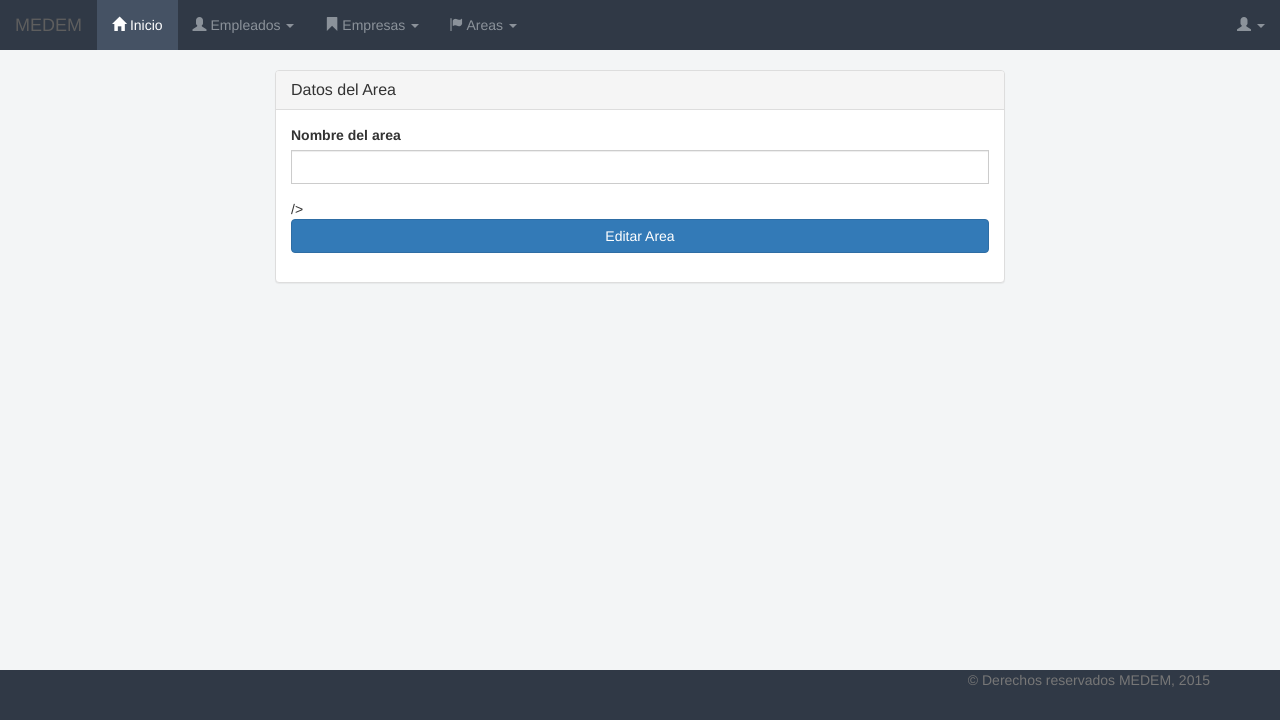
Repository: armandolew/cmhcorp
Page: http://localhost/medem/WEB-INF/pages/editArea.jsp
An editor plug-in stored every save of this project. The page is shown before and after the next save, followed by the edit.
The browser window is 1280 px wide. The pictures show the whole page.
Some web libraries are served in a nearby version. The page is served by Tomcat 9. Nobody is signed in. Other server files are loaded and not shown. The template is opened directly, without the code that normally fills it, so the values that code supplies are empty.

Above is the page before, as saved 2015-05-25 02:49:33.

### medem/medem/src/main/webapp/WEB-INF/pages/editArea.jsp
 <%@page session="true"%>
<%@taglib uri="http://www.springframework.org/tags/form" prefix="form"%>
<%@ taglib uri="http://www.springframework.org/tags" prefix="spring" %>
<%@taglib uri="http://java.sun.com/jsp/jstl/core" prefix="c"%>
<!DOCTYPE>
<html>
    <head>
      <meta charset="utf=8">
      <meta name="viewport" content="width=device-width, initial-scale=1.0">
      <script src="https://ajax.googleapis.com/ajax/libs/jquery/1.11.2/jquery.min.js"></script>
      <link href="/medem/bootstrap/bootstrap-3.3.2-dist/css/bootstrap.min.css" rel="stylesheet">
      <link href="/medem/css/general_layout_override.css" rel="stylesheet">
      <link href="/medem/css/custom.css" rel="stylesheet">
      <script src="/medem/bootstrap/bootstrap-3.3.2-dist/js/bootstrap.min.js"></script>
      <script src="/medem/js/main_functions.js"></script>
      <title>MEDEM :: Editar Area</title>
    </head>

	<body id="newArea">


		   <jsp:include page="layouts/navigation_layout.jsp"></jsp:include>


	       <div class="container">
			  <div class="col-md-12">
			    <div class="row">
					<div class="col-md-8 col-md-offset-2">
					  <div class="panel panel-default">
					    <div class="panel-heading">
                		  <h3 class="panel-title">Datos del Area</h3>
              			</div><!-- .panel-heading -->
              			<div class="panel-body">
		                 <form:form action="/medem/updateArea" method="POST" modelAttribute="Area">
		                    <div class="form-group">
		                      <form:label path="name">Nombre del area</form:label>
		                      <form:input path="name" class="form-control" />
		                    </div><!--. form-group input-group -->
/>
		                    <input type="submit" class="btn btn-block btn-primary" tabindex="6" value="Editar Area">
		                  </form:form><!-- .form -->
              			</div><!-- .panel-body -->
					  </div><!-- .panel panel-default -->
					</div><!-- .col-md-8 col-md-offset-2 -->
			    </div><!-- .row -->
			  </div><!-- .col-md-12 -->
		   </div><!-- .container -->

		   <jsp:include page="layouts/footer_layout.jsp"></jsp:include>

	</body>
</html>

### medem/medem/src/main/webapp/WEB-INF/pages/layouts/navigation_layout.jsp
	<%@ taglib uri="http://www.springframework.org/security/tags" prefix="security" %>
	<%@taglib uri="http://java.sun.com/jsp/jstl/core" prefix="c"%>


			<nav class="navbar navbar-default" role="navigation">
			  <!-- csrt for log out-->
			  <c:url value="/j_spring_security_logout" var="logoutUrl" />
  			  <form action="${logoutUrl}" method="post" id="logoutForm">
	  		    <input type="hidden" name="${_csrf.parameterName}" value="${_csrf.token}" />
			  </form>

			  <div class="navbar-header">
		        <button type="button" class="navbar-toggle" data-toggle="collapse" data-target="#bs-example-navbar-collapse-1">
		          <span class="sr-only">Toggle navigation</span> <span class="icon-bar"></span><span class="icon-bar"></span><span class="icon-bar"></span>
		        </button>
		        <a class="navbar-brand" href="/medem">MEDEM</a>
			  </div><!-- .navbar-header -->
			  <div class="collapse navbar-collapse" id="bs-example-navbar-collapse-1">
			    <ul class="nav navbar-nav">
		          <li class="active"><a href="/medem"><span class="glyphicon glyphicon-home"></span> Inicio</a></li>
<%-- 		          <security:authorize access="hasRole('ROLE_ADMIN')"> --%>
<!-- 		          <li class="dropdown"><a href="#" class="dropdown-toggle" data-toggle="dropdown"><span class="glyphicon glyphicon-king"></span> Usuarios <b class="caret"></b></a> -->
<!-- 		            <ul class="dropdown-menu"> -->
<!-- 		              <li><a href="newUser"> -->
<!-- 		                <span class="glyphicon glyphicon-plus-sign"></span> Crear Usuario</a> -->
<!-- 		              </li> -->
<!-- 		              <li><a href="indexEmployees"> -->
<!-- 		                <span class="glyphicon glyphicon-list-alt"></span> Listar Empleados</a> -->
<!-- 		              </li> -->
<!-- 		            </ul> -->
<!-- 		          </li>		           -->
<%-- 		          </security:authorize> --%>
		          <li class="dropdown"><a href="#" class="dropdown-toggle" data-toggle="dropdown"><span class="glyphicon glyphicon-user"></span> Empleados <b class="caret"></b></a>
		            <ul class="dropdown-menu">
		              <li><a href="/medem/newEmployee">
		                <span class="glyphicon glyphicon-plus-sign"></span> Crear Empleado</a>
		              </li>
		              <li><a href="/medem/indexEmployees">
		                <span class="glyphicon glyphicon-list-alt"></span> Listar Empleados</a>
		              </li>
		            </ul>
		          </li>
		          <li class="dropdown"><a href="#" class="dropdown-toggle" data-toggle="dropdown"><span class="glyphicon glyphicon-bookmark"></span> Empresas <b class="caret"></b></a>
		            <ul class="dropdown-menu">
		              <security:authorize access="hasRole('ROLE_ADMIN')">
		              <li><a href="/medem/newCompany">
		                <span class="glyphicon glyphicon-plus-sign"></span> Crear Empresa</a>
		              </li>
		              <li><a href="/medem/indexCompany">
		                <span class="glyphicon glyphicon-list-alt"></span> Listar Empresas</a>
		              </li>
		              </security:authorize>
		              <li>
		                <a href="/medem/company/1"><span class="glyphicon glyphicon-search"></span> Ver Empresa</a>
		              </li>
		    		</ul>
		    	  </li>
		          <li class="dropdown"><a href="#" class="dropdown-toggle" data-toggle="dropdown"><span class="glyphicon glyphicon-flag"></span> Areas <b class="caret"></b></a>
		            <ul class="dropdown-menu">
		              <li><a href="/medem/newArea/1">
		    		    <span class="glyphicon glyphicon-plus-sign"></span> Crear Area</a>
		              </li>
		              <li><a href="/medem/areas/1">
		                <span class="glyphicon glyphicon-list-alt"></span> Listar Areas</a>
		              </li>
		    		</ul>
		          </li>
		          <security:authorize access="hasRole('ROLE_ADMIN')">
		          <li class="dropdown"><a href="#" class="dropdown-toggle" data-toggle="dropdown"><span class="glyphicon glyphicon-stats"></span> Reportes <b class="caret"></b></a>
		            <ul class="dropdown-menu">
		              <li><a href="/medem/reportCharts">
		                <span class="glyphicon glyphicon-plus-sign"></span> Generar Reporte</a>
		              </li>
		            </ul>
		          </li>
		          </security:authorize>
			    </ul><!-- .nav navbar-nav -->
			    <ul class="nav navbar-nav navbar-right">
		          <li class="dropdown"><a href="#" class="dropdown-toggle" data-toggle="dropdown"><span class="glyphicon glyphicon-user"></span> ${userName } <b class="caret"></b></a>
		            <ul class="dropdown-menu">
		              <li><a href="#"><span class="glyphicon glyphicon-user"></span> Perfil</a></li>
		              <li class="divider"></li>
		              <li><a href="javascript:logoutFormSubmit();"><span class="glyphicon glyphicon-off"></span> Logout</a></li>
		            </ul>
		          </li>
			    </ul><!-- .nav navbar-nav navbar-right -->
			  </div><!-- .collapse navbar-collapse -->
			</nav><!-- .navbar navbar-default -->

### medem/medem/src/main/webapp/WEB-INF/pages/layouts/footer_layout.jsp
<!-- Site footer -->
    <footer class="footer">
      <div class="container">
        <p class="text-muted pull-right">&copy; Derechos reservados MEDEM, 2015</p>
      </div>
    </footer>

### medem/medem/src/main/webapp/css/general_layout_override.css
        	body{
        		background-color: #F3F5F6;
        		margin-bottom: 60px;
        	}

        	html {
  				position: relative;
  				min-height: 100%;
			}

        	.navbar{
        	  border: 0!important;
        	  border-radius: 0!important;
        	}
        	.navbar-default{
        		background-color: #303946!important;
        	}
        	.navbar-default .navbar-nav > li > a{
        		color: #8b929a!important;
        	}
        	.navbar-default .navbar-nav > li > a:hover{
        		color: #fff !important;
        	}
        	.navbar-default .navbar-nav > .active > a,
        	.navbar-default .navbar-nav > .active > a:focus,
        	.navbar-default .navbar-nav > .open > a{
        		background-color: #455264!important;
        		color: #fff!important;
        	}

        	footer {
  				position: absolute;
  				bottom: 0;
  				width: 100%;
				height: 50px;
  				background-color: #303946;
			}

        	.panel-employees{
        		background-color: #29B6D8;
        		color: #fff;
        	}
        	.panel-areas{
        		background-color: #F4AD49;
        		color: #fff;
        	}
        	.panel-records{
        		background-color: #33B08A;
        		color: #fff;
        	}

        	.panel-company{
        		background-color: #666666;
        		color: #fff;
        	}
        	.panel-employees, .panel-areas, .panel-records, .panel-company{
        		min-height: 88px;
        	}
        	.panel-employees .glyphicon, .panel-areas .glyphicon, .panel-records .glyphicon, .panel-company .glyphicon {
    			font-size: 50px;
			}
			.tab-pane .form{
				border-top: 0!important;
			}
			.form_separator{
				height: 1px;
				width: 100%;
				margin: 14px auto;
				border-top: 1px solid #E3E3E3;
			}
			.profile {
  				margin: 20px 0;
			}
			.profile-sidebar {
			  	padding: 20px 0;
			  	background: #303946;
			  	margin-bottom: 14px;
			  	height: 404px;
			}
			.profile-userpic img {
			  	float: none;
			  	margin: 0 auto;
			  	width: 50%;
			  	height: 50%;
			  	max-height: 120px;
			  	-webkit-border-radius: 50% !important;
			  	-moz-border-radius: 50% !important;
			  	border-radius: 50% !important;
			}
			.profile-usertitle {
			  	text-align: center;
			  	margin-top: 20px;
			}

			.profile-usertitle-name {
			  	color: #fff;
			  	font-size: 16px;
			  	font-weight: 400;
			  	margin-bottom: 7px;
			}

			.profile-usertitle-job {
			  	text-transform: uppercase;
			  	color: #29B6D8;
			  	font-size: 12px;
			  	font-weight: 600;
			  	margin-bottom: 15px;
			}

			.profile-sidebar .divider{
				width: 80%!important;

			}

			.profile-userbuttons .btn{
				margin-bottom: 7px;
			}

			.profile-creation{
				text-align: left !important;
				margin: 0 20%;
			}

			.table > tbody > tr > td,
			.table > tbody > tr > th,
			.table > tfoot > tr > td,
			.table > tfoot > tr > th,
			.table > thead > tr > td,
			.table > thead > tr > th{
				font-size: 14px!important;
			}
			.info-block .square-box{
				min-height: 110px;
				padding: 25px 0;
				text-align: center !important;
				width: 100px;
				margin-right: 20px;
			}
			.info-block.block-info .square-box{
				color: #fff;
				font-size: 4em;
			}
			#workBackground .square-box{
				background-color: #29B6D8;
			}

			#familyHistory .square-box{
				background-color: #66C796;
			}

			ul{
				list-style: none;
			}

			li.workbackground{
				margin-bottom: 14px;
			}

			.modal-content > .modal-header-info{
				background-color: #F4AD49!important;
				color: #fff;
			}

			.form-control{
			   border-radius: 0!important;
			}

			.progress{
				height: 4px;
				background-color: rgba(0, 0, 0, 0.28);
			}
			.progress .progress-bar-white{
				background-color: #fff;
			}

			#logoutForm{
				display: none;
			}

			.ui-menu .ui-menu-item{
				background-color: #303946!important;
				list_style-image: none !important;
				color: #fff;
			}
			.ui-menu .ui-menu-item:hover{
				background-image: none !important;
				background-color: #455264;
				color: #fff;
			}
			.ui-autocomplete-loading{
				background: url("<c:url value='/medem/imgs/ajax-loader.gif'/>'") no-repeat 0 center;
			}

			@media screen and (max-width: 300px){
				.profile-sidebar {
				  	height: 300px!important;
				}

			}

			@media screen and (max-width: 999px){
				.profile-userpic img {
				  	height: 50%;
				  	width: 20%;
				}

			}

			@media screen and (min-device-width: 200px) and (max-device-width: 600px){
				.profile-userpic img {
				  	height: 40%;
				  	width: 25%;
				}

			}

### medem/medem/src/main/webapp/css/custom.css
.main_logo{
	width: 40%;
	max-width: 200px;
	height: auto;
	border: 0;
	display: inline-block;
	margin: 0;
	padding: 0;
	vertical-align: top;
}
.nav-tabs li a, button{
   outline: 0;
}
.patient_photo img{
   max-width: 100px;
   max-height: 100px;
   border: 1px solid #cacaca;
}
.patient_name{
   margin: 0 0 20px !important;
}
.form_separator{
   height: 1px;
   width: 100%;
   margin: 14px auto;
   border-bottom:  1px solid #ddd;
}
textarea {
    resize: none;
    text-align: left;
}
.nav-tabs > li > a{
  padding: 10px 9px !important;
}
#personalPatologicals textarea, #personalNonPatologicals textarea{
  display: none;
}
.form_divider{
  margin: 7px 0;
  width: 100%;
  height: 1px;
}

.panel-body > table td{
  font-size: 14px!important;
}

.modal {
  overflow-y: auto;
}
.modal-open {
  overflow: auto;
}
.modal-open[style] {
  padding-right: 0px !important;
}
.modal-header-danger{
  background-color: #DF6A78;
  -webkit-border-top-left-radius: 5px;
  -webkit-border-top-right-radius: 5px;
  -moz-border-radius-topleft: 5px;
  -moz-border-radius-topright: 5px;
   border-top-left-radius: 5px;
   border-top-right-radius: 5px;
}
.modal-header-success{
  background-color: #66C796;
  -webkit-border-top-left-radius: 5px;
  -webkit-border-top-right-radius: 5px;
  -moz-border-radius-topleft: 5px;
  -moz-border-radius-topright: 5px;
   border-top-left-radius: 5px;
   border-top-right-radius: 5px;
}

.modal-header-info{
  background-color: #F4AD49;
  -webkit-border-top-left-radius: 5px;
  -webkit-border-top-right-radius: 5px;
  -moz-border-radius-topleft: 5px;
  -moz-border-radius-topright: 5px;
   border-top-left-radius: 5px;
   border-top-right-radius: 5px;
}
.modal-header-danger h4, .modal-header-success h4, .modal-header-info h4{
  color: #fff;
}

#employeeShow .container .employeeInfo{
	display: none;
}

#fileUpload .modal-body .alert{
	display: none;
}

.list-group-item{
	margin-bottom: 14px;
	background-color: #455264;
	color: #fff;
	line-height: 100%;
	border: 1px solid #455264;
}

.mr15{
	margin-right: 15px;

}

.media img{
	border-radius: 50%!important;
	vertical-align: middle;
	width: 50px!important;
	height: 50px!important;
}

### medem/medem/src/main/webapp/js/main_functions.js
/**
 * MEDEM consultores medicos
 * main_functions.js
 * Developers: Miriam Paola Reyes Garcia, Armando Lew Tamayo
 * Indigo Smart Software Development
 * 2015
 */

/**
 * showMessage.
 * Shows a modal dialog with a custom message.
 * @param String message - Message to be displayed.
 * @param String type - Type of the header (danger, success, info).
 * @param String modalId - ID of the modal form.
 *
 */

var MAX_FILE_SIZE = 8192;
var FILE_TYPES = ["jpg", "jpeg", "gif", "png"];
var ALPHANUMERIC_PATTER = /^[a-zA-Z0-9]+/;
var ALLOWED_AGE = 18;

/**
 * showMessage.
 * Uses a bootstrap modal dialog to show a message to the user.
 * @param message - Text to display
 * @param type - This will give the modal the look and feel.
 * @param modalId - To target the modal we require.
 */

showMessage = function(message, type, modalId){
	if(document.querySelector(modalId) != null){
	  $(modalId).find(".modal-body").html(message);
	  $(modalId).find(".modal-header").addClass("modal-header-" + type);
	  $(modalId).modal("toggle");
    }
	else console.log("Modal not found.");
}


/**
 * getEmployeeAge.
 * returns the age of the employee.
 * @param dateOfBirth
 * @returns age.
 */

getEmployeeAge = function(dateOfBirth){
	var birthdate = new Date(dateOfBirth);
	var cur = new Date();
	var diff = cur-birthdate;
	var age = Math.floor(diff/(1000 * 60 * 24 * 365));

	return age;
}

/**
 * validateForm.
 * validates the required fields of an specific form.
 * @param formId - ID of the form to be validated.
 * @returns {Boolean}
 *
 */

validateForm = function(formId){
	var validationResult = false;
	var errorMessagesList = "";
	var formInputsText;
	var formInputsSelect;
	var formInputsCheck;

	/** First, we need to verify that the form actually exists. **/

	if(document.querySelector(formId) != null){
		formInputsText = $(formId).find(".required-text");
		formInputsSelect = $(formId).find(".required-select");

		/** We get the text fields and the select fields **/
		formInputsText.each(function(){

		  /** For each text input field, we verify that their value is not null or empty **/
		  if($(this).val() == "" || $(this).val() == null){
			  $(this).closest("div").addClass('has-error');
			  var message = "<b>" + $(this).attr("placeholder") + "</b> requerido <br/>";
			  errorMessagesList += message;
		  }
		  else{
			  /** Otherwise, we need to check that the values are ONLY alphanumeric **/
			  if(!($(this).val()).match(ALPHANUMERIC_PATTER)){
				  $(this).closest("div").addClass('has-error');
				  var message = "<b>" + $(this).attr("placeholder") + "</b>  no tiene formato alfanum&eacute;rico <br/>";
				  errorMessagesList += message;
			  }

			  /** Also, we need to make sure that the new employee is old enough to work **/
			  if($(this).attr("name") == "dateOfBirth"){
				  if(getEmployeeAge($(this).val()) < ALLOWED_AGE){
					  $(this).closest("div").addClass('has-error');
					  $(this).val("");
					  var message = "El empleado no puede ser menor de <b>" + ALLOWED_AGE + " a&ntilde;os</b><br/>";
					  errorMessagesList += message;
				  }
			  }
		  }
		});


		/** Here we check that the values are set for each required dropdown **/
		formInputsSelect.each(function(){
			if($(this).val() == "" || $(this).val() == null){
			  $(this).closest("div").addClass('has-error');
			  var message = "<b>" + $(this).attr("data-name") + "</b> requerido <br/>";
			  errorMessagesList += message;
			}
		});

		/** The form has errors so we display them to the user **/
		if(errorMessagesList.length > 0){
			showMessage(errorMessagesList, "danger", "#myModal");
		}
		/** Otherwise, we are able to submit the form **/
		else{
			$("div.form-group").removeClass("has-error").addClass("has-success");
			validationResult = true;
		}

		return validationResult;
	}

}

/**
 * validateUploadForm.
 * validates the image upload form.
 * @param formId
 * @returns {Boolean}
 */

validateUploadForm = function(formId){
	var validationResult = false;
	var errorMessagesList = "";
	if(document.querySelector(formId) != null){
		var selectedFile = $(formId).find("input:file")[0].files[0];
		if(selectedFile == "" || selectedFile == null || selectedFileSize < 1){
			errorMessagesList += "<b>Archivo</b> requerido";
		}
		else{
			var selectedFileSize = selectedFile.size;
			var selectedFileExtension = selectedFile.type.substr(selectedFile.type.lastIndexOf("/") + 1);

			if(selectedFile > MAX_FILE_SIZE){
				errorMessagesList += "<b>Archivo</b> excede el máximo permitido."
			}

			else if($.inArray(selectedFileExtension, FILE_TYPES) == -1){
				errorMessagesList += "<b>Extensi&oacute;n de archivo</b> inv&aacute;lida. (" + FILE_TYPES + ")";
			}
		}

		if(errorMessagesList.length > 0){
			$("#fileUpload .modal-body .alert .error-message").html(errorMessagesList);
			$("#fileUpload .modal-body .alert").show();
		}
		else{
			$("#fileUpload .modal-body .alert").hide();
			validationResult = true;
		}
		return validationResult;
	}
}


/**
 * logoutFormSubmit.
 * logs the user out of MEDEM app.
 */

logoutFormSubmit = function(){
	document.getElementById("logoutForm").submit();
}

/**
 * loadEmployeeInformation.
 * loads the employee's information via ajax.
 * @param employeeId
 */

loadEmployeeInformation = function(employeeId){
	console.log(employeeId);
	showMessage("Cargando informaci&oacute;n ...", "info", "#myModal");
	$.ajax({
		dataType: "json",
		url: "/medem/employeeInformation",
		type: "GET",
		data: {id: employeeId},
		success: function(data){
			if(data){
			  $.each(data, function(key, value){
			    $("input[name='"+key+"']").val(value);
			  });
			}
			$(".profile-usertitle-name").html(data.name + " " + data.lastName1 + " " + data.lastName2);
			$(".profile-usertitle-job").html(data.areaName);
			if(data.avatar != ""){
				$(".profile-userpic img").attr("src",data.profileImage);
			}
			$("#employeeShow .container .employeeInfo").fadeIn("slow");
			$("#myModal").modal("hide");
		},
		error: function(){
			console.log("error");
		}
	});
}

getIMC = function(){

}


$(document).ready(function(){
	console.log($("body").attr("id") + " done.");

	// newEmployeeForm validation.
	$("#newEmployeeForm").on("submit", function(event){
		event.preventDefault();
		var formValidation = validateForm("#newEmployeeForm");

		if(formValidation){
			console.log("ready to send");
			showMessage("Procesando ...", "success", "#myModal");
			document.getElementById("newEmployeeForm").submit();
		}

	});
	// newEmployeeForm validation.

	// editEmployeeForm validation.
	$("#editEmployeeForm").on("submit", function(event){
		event.preventDefault();
		var formValidation = validateForm("#editEmployeeForm");

		if(formValidation){
			console.log("ready to send");
			showMessage("Procesando ...", "success", "#myModal");
			document.getElementById("editEmployeeForm").submit();
		}

	});
	// editEmployeeForm validation.

	// fileUploadForm validation.
	$("#fileUploadForm").on("submit", function(event){
		event.preventDefault();
		var formValidation = validateUploadForm("#fileUploadForm");

		if(formValidation){
			console.log("ready to send");
			$("#fileUpload").modal("hide");
			showMessage("Procesando ...", "success", "#myModal");
			document.getElementById("fileUploadForm").submit();
		}

	});
	// fileUploadForm validation.

	// newAreaForm validation
//	$("#newAreaForm").on("submit", function(event){
//		event.preventDefault();
//		var formValidation = validateForm("#newAreaForm");
//
//		if(formValidation){
//			console.log("ready to send");
//			showMessage("Procesando ...", "success", "#myModal");
//			document.getElementById("newAreaForm").submit();
//		}
//
//	});
	// newAreaForm validation

	// editAreaForm validation
	$("#editAreaForm").on("submit", function(event){
		event.preventDefault();
		var formValidation = validateForm("#editAreaForm");

		if(formValidation){
			console.log("ready to send");
			showMessage("Procesando ...", "success", "#myModal");
			document.getElementById("editAreaForm").submit();
		}

	});
	// editAreaForm validation

	// newCompanyForm validation
	$("#newCompanyForm").on("submit", function(event){
		event.preventDefault();
		var formValidation = validateForm("#newCompanyForm");

		if(formValidation){
			console.log("ready to send");
			showMessage("Procesando ...", "success", "#myModal");
			document.getElementById("newCompanyForm").submit();
		}

	});
	// newCompanyForm validation

	// editCompanyForm validation
	$("#editCompanyForm").on("submit", function(event){
		event.preventDefault();
		var formValidation = validateForm("#editCompanyForm");

		if(formValidation){
			console.log("ready to send");
			showMessage("Procesando ...", "success", "#myModal");
			document.getElementById("editCompanyForm").submit();
		}

	});
	// editCompanyForm validation

	// confirm-delete
	$("#confirm-delete").on("show.bs.modal", function(e) {
	  $(this).find(".btn-ok").attr("href", $(e.relatedTarget).data("href"));
	});
	// confirm-delete

});

Loaded but not shown: medem/medem/src/main/webapp/bootstrap/bootstrap-3.3.2-dist/css/bootstrap.min.css (library); medem/medem/src/main/webapp/bootstrap/bootstrap-3.3.2-dist/js/bootstrap.min.js (library)

After the next save:
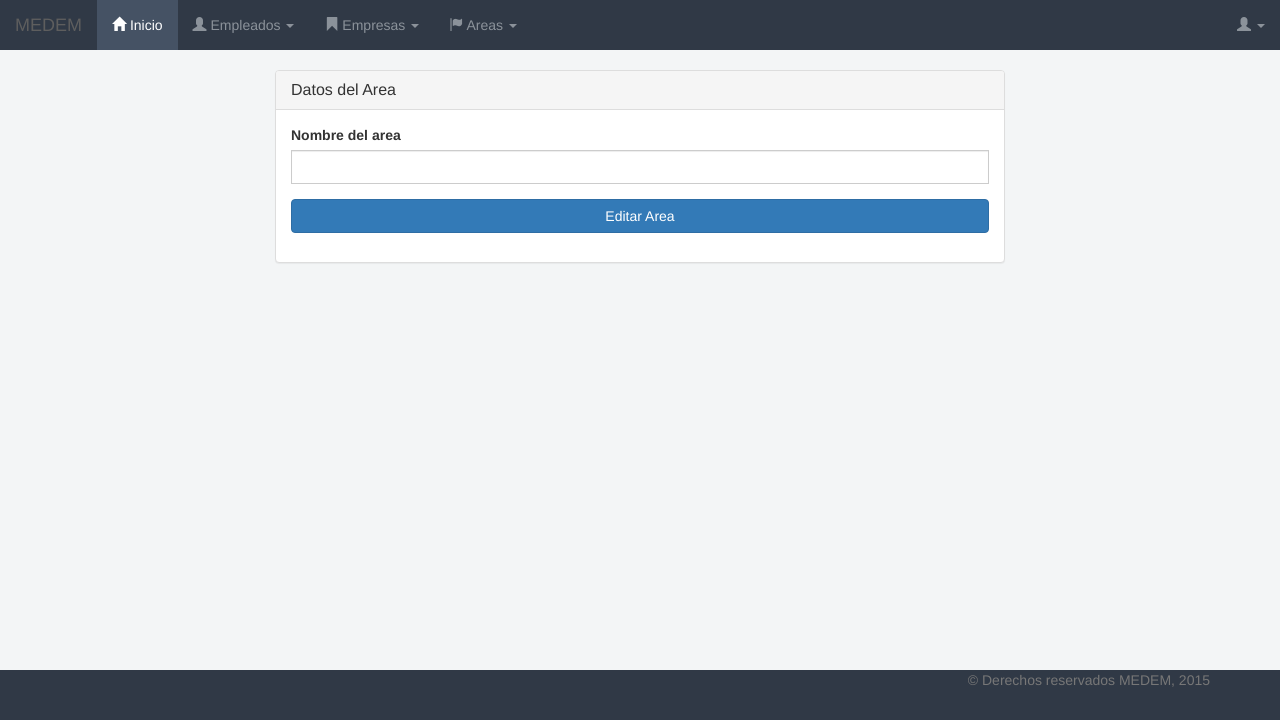
Saved 6 s later.
--- a/medem/medem/src/main/webapp/WEB-INF/pages/editArea.jsp
+++ b/medem/medem/src/main/webapp/WEB-INF/pages/editArea.jsp
@@ -36,7 +36,6 @@
 		                      <form:label path="name">Nombre del area</form:label>
 		                      <form:input path="name" class="form-control" />
 		                    </div><!--. form-group input-group -->
-/>
 		                    <input type="submit" class="btn btn-block btn-primary" tabindex="6" value="Editar Area">
 		                  </form:form><!-- .form -->
               			</div><!-- .panel-body -->
